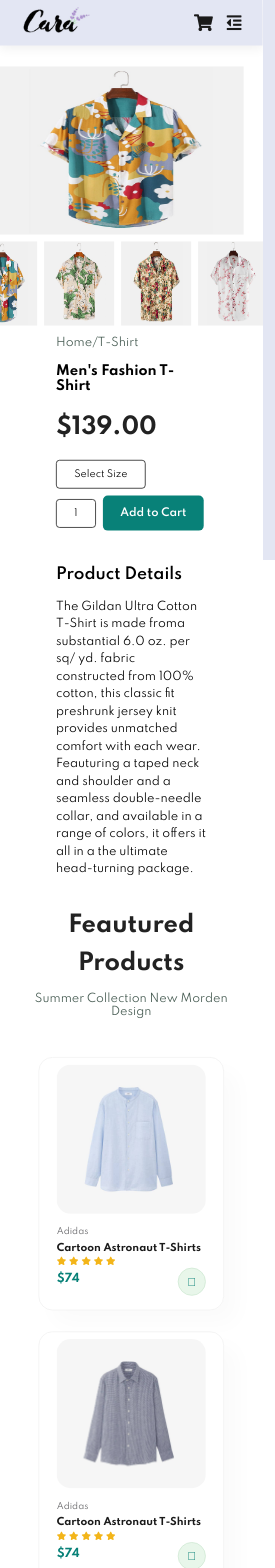
Repository: Daryllgio/E-Commerce-Website-UI
Page: ItemDetail.html
The author's editor kept a copy of each file at every save. The page is drawn from the files as they stood at one save, then again after a run of saves.
The browser window is 375 px wide. The page is 393 px wide, so the pictures cover 393 px, including what lies to the right of the window. The pictures show the part of the page from y = 0 to 2240 px (the page is 4169 px tall before and 3997 px after), at 70% of full size.
Some web libraries are served in a nearby version.

Above is the page before, as saved 2025-01-09 09:58:52.

After the next 2 saves:
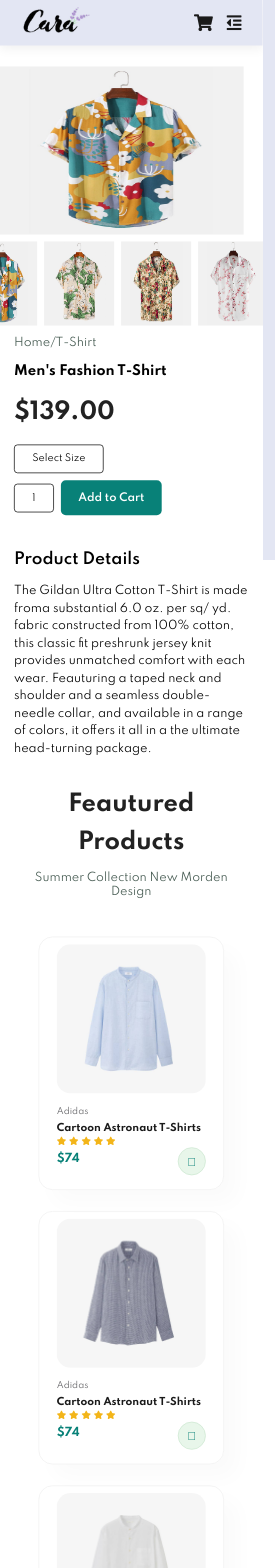
The 2 saves are shown as one change because they came seconds apart.
The last was saved 6 s later.
--- a/style.css
+++ b/style.css
@@ -1136,11 +1136,10 @@ body {
 
   #Product-Detail-Container {
     display: flex;
-    padding: 0 80px;
+    padding: 0 20px;
     margin-top: 30px;
     flex-direction: column;
   }
-
 
   #MainImg {
     width: 350px;
